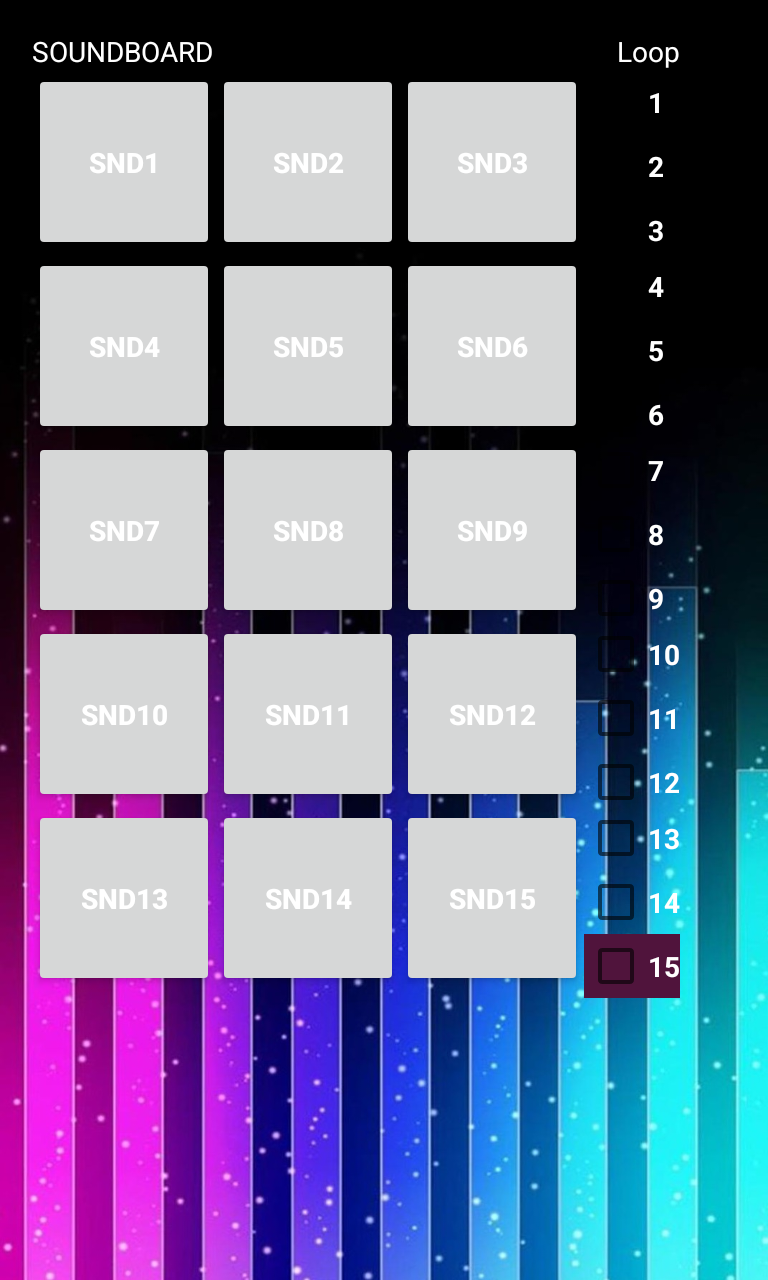
Repository: SoundBoardJAMJ/Project
Layout: workspace/SoundBoard/res/layout/defboard.xml
The author's editor kept a copy of each file at every save. The layout is drawn from the files as they stood at one save, then again after the next save.
It is drawn on a 768 x 1280 px phone screen (xhdpi) without system bars, with theme AppTheme; the app's code is not run.

Above is the layout before, as saved 2014-05-02 07:19:40.

### workspace/SoundBoard/res/layout/defboard.xml
<ScrollView xmlns:android="http://schemas.android.com/apk/res/android"
xmlns:tools="http://schemas.android.com/tools"
android:layout_width="match_parent"
android:background="@drawable/image1"
android:layout_height="match_parent" >

<RelativeLayout
    android:layout_width="match_parent"
    android:layout_height="600dp"
    android:paddingBottom="@dimen/activity_vertical_margin"
    android:paddingLeft="@dimen/activity_horizontal_margin"
    android:paddingRight="@dimen/activity_horizontal_margin"
    android:paddingTop="@dimen/activity_vertical_margin"
    tools:context="com.example.soundtest.DefBoard$PlaceholderFragment" >

    <TextView
        android:id="@+id/textView1"
        android:layout_width="wrap_content"
        android:layout_height="wrap_content"
        android:textColor="@android:color/white"
        android:alpha="1.0"
        android:text="SOUNDBOARD" />

    <Button
        android:id="@+id/button1"
        android:layout_width="92dp"
        android:layout_height="92dp"
        android:layout_alignLeft="@+id/textView1"
        android:layout_below="@+id/textView1"
        android:onClick="ButtonOnClick"
        android:textColor="@android:color/white"
        android:alpha="1.0"
        android:textStyle="bold"
        android:text="snd1" />

    <Button
        android:id="@+id/button3"
        android:layout_width="92dp"
        android:layout_height="92dp"
        android:layout_alignBaseline="@+id/button2"
        android:layout_alignBottom="@+id/button2"
        android:layout_toRightOf="@+id/button2"
        android:onClick="ButtonOnClick"
        android:textColor="@android:color/white"
        android:alpha="1.0"
        android:textStyle="bold"
        android:text="snd3" />

    <Button
        android:id="@+id/button2"
        android:layout_width="92dp"
        android:layout_height="92dp"
        android:layout_alignBaseline="@+id/button1"
        android:layout_alignBottom="@+id/button1"
        android:layout_toRightOf="@+id/button1"
        android:onClick="ButtonOnClick"
        android:textColor="@android:color/white"
        android:alpha="1.0"
        android:textStyle="bold"
        android:text="snd2" />

    <Button
        android:id="@+id/button8"
        android:layout_width="92dp"
        android:layout_height="92dp"
        android:layout_alignBaseline="@+id/button7"
        android:layout_alignBottom="@+id/button7"
        android:layout_toRightOf="@+id/button4"
        android:onClick="ButtonOnClick"
        android:textColor="@android:color/white"
        android:alpha="1.0"
        android:textStyle="bold"
        android:text="snd8" />

    <Button
        android:id="@+id/button7"
        android:layout_width="92dp"
        android:layout_height="92dp"
        android:layout_below="@+id/button4"
        android:layout_toLeftOf="@+id/button8"
        android:onClick="ButtonOnClick"
        android:textColor="@android:color/white"
        android:alpha="1.0"
        android:textStyle="bold"
        android:text="snd7" />

    <Button
        android:id="@+id/button6"
        android:layout_width="92dp"
        android:layout_height="92dp"
        android:layout_alignBaseline="@+id/button5"
        android:layout_alignBottom="@+id/button5"
        android:layout_toRightOf="@+id/button5"
        android:onClick="ButtonOnClick"
        android:textColor="@android:color/white"
        android:alpha="1.0"
        android:textStyle="bold"
        android:text="snd6" />

    <Button
        android:id="@+id/button9"
        android:layout_width="92dp"
        android:layout_height="92dp"
        android:layout_alignBaseline="@+id/button8"
        android:layout_alignBottom="@+id/button8"
        android:layout_alignLeft="@+id/button6"
        android:onClick="ButtonOnClick"
        android:textColor="@android:color/white"
        android:alpha="1.0"
        android:textStyle="bold"
        android:text="snd9" />

    <Button
        android:id="@+id/button5"
        android:layout_width="92dp"
        android:layout_height="92dp"
        android:layout_below="@+id/button1"
        android:layout_toRightOf="@+id/button1"
        android:onClick="ButtonOnClick"
        android:textColor="@android:color/white"
        android:alpha="1.0"
        android:textStyle="bold"
        android:text="snd5" />

    <Button
        android:id="@+id/button10"
        android:layout_width="92dp"
        android:layout_height="92dp"
        android:layout_alignParentLeft="true"
        android:layout_below="@+id/button7"
        android:onClick="ButtonOnClick"
        android:textColor="@android:color/white"
        android:alpha="1.0"
        android:textStyle="bold"
        android:text="snd10" />

    <Button
        android:id="@+id/button11"
        android:layout_width="92dp"
        android:layout_height="92dp"
        android:layout_alignBaseline="@+id/button10"
        android:layout_alignBottom="@+id/button10"
        android:layout_toRightOf="@+id/button10"
        android:onClick="ButtonOnClick"
        android:textColor="@android:color/white"
        android:alpha="1.0"
        android:textStyle="bold"
        android:text="snd11" />

    <Button
        android:id="@+id/button13"
        android:layout_width="92dp"
        android:layout_height="92dp"
        android:layout_alignParentLeft="true"
        android:layout_below="@+id/button10"
        android:onClick="ButtonOnClick"
        android:textColor="@android:color/white"
        android:alpha="1.0"
        android:textStyle="bold"
        android:text="snd13" />

    <Button
        android:id="@+id/button14"
        android:layout_width="92dp"
        android:layout_height="92dp"
        android:layout_below="@+id/button10"
        android:layout_toLeftOf="@+id/button12"
        android:alpha="1.0"
        android:onClick="ButtonOnClick"
        android:text="snd14"
        android:textColor="@android:color/white"
        android:textStyle="bold" />

    <Button
        android:id="@+id/button15"
        android:layout_width="92dp"
        android:layout_height="92dp"
        android:layout_below="@+id/button11"
        android:layout_toRightOf="@+id/button14"
        android:alpha="1.0"
        android:onClick="ButtonOnClick"
        android:text="snd15"
        android:textColor="@android:color/white"
        android:textStyle="bold" />

    <Button
        android:id="@+id/button12"
        android:layout_width="92dp"
        android:layout_height="92dp"
        android:layout_below="@+id/button8"
        android:layout_toRightOf="@+id/button11"
        android:onClick="ButtonOnClick"
        android:textColor="@android:color/white"
        android:alpha="1.0"
        android:textStyle="bold"
        android:text="snd12" />

    <Button
        android:id="@+id/button4"
        android:layout_width="92dp"
        android:layout_height="92dp"
        android:layout_alignBaseline="@+id/button5"
        android:layout_alignBottom="@+id/button5"
        android:layout_toLeftOf="@+id/button5"
        android:onClick="ButtonOnClick"
        android:textColor="@android:color/white"
        android:alpha="1.0"
        android:textStyle="bold"
        android:text="snd4" />

    <CheckBox
        android:id="@+id/checkBox1"
        android:layout_width="wrap_content"
        android:layout_height="wrap_content"
        android:layout_alignTop="@+id/button3"
        android:layout_toRightOf="@+id/button3"
        android:alpha="1.0"
        android:onClick="TogOnClick"
        android:text="1"
        android:textColor="@android:color/white"
        android:textStyle="bold" />

    <CheckBox
        android:id="@+id/checkBox2"
        android:layout_width="wrap_content"
        android:layout_height="wrap_content"
        android:layout_below="@+id/checkBox1"
        android:layout_toRightOf="@+id/button3"
        android:onClick="TogOnClick"
        android:textColor="@android:color/white"
        android:alpha="1.0"
        android:textStyle="bold"
        android:text="2" />

    <CheckBox
        android:id="@+id/checkBox3"
        android:layout_width="wrap_content"
        android:layout_height="wrap_content"
        android:layout_alignLeft="@+id/checkBox2"
        android:layout_below="@+id/checkBox2"
        android:onClick="TogOnClick"
        android:textColor="@android:color/white"
        android:alpha="1.0"
        android:textStyle="bold"
        android:text="3" />

    <CheckBox
        android:id="@+id/checkBox4"
        android:layout_width="wrap_content"
        android:layout_height="wrap_content"
        android:layout_alignTop="@+id/button6"
        android:layout_toRightOf="@+id/button6"
        android:onClick="TogOnClick"
        android:textColor="@android:color/white"
        android:alpha="1.0"
        android:textStyle="bold"
        android:text="4" />

    <CheckBox
        android:id="@+id/checkBox5"
        android:layout_width="wrap_content"
        android:layout_height="wrap_content"
        android:layout_below="@+id/checkBox4"
        android:layout_toRightOf="@+id/button6"
        android:onClick="TogOnClick"
        android:textColor="@android:color/white"
        android:alpha="1.0"
        android:textStyle="bold"
        android:text="5" />

    <CheckBox
        android:id="@+id/checkBox6"
        android:layout_width="wrap_content"
        android:layout_height="wrap_content"
        android:layout_below="@+id/checkBox5"
        android:layout_toRightOf="@+id/button6"
        android:onClick="TogOnClick"
        android:textColor="@android:color/white"
        android:alpha="1.0"
        android:textStyle="bold"
        android:text="6" />

    <CheckBox
        android:id="@+id/checkBox7"
        android:layout_width="wrap_content"
        android:layout_height="wrap_content"
        android:layout_alignTop="@+id/button9"
        android:layout_toRightOf="@+id/button9"
        android:onClick="TogOnClick"
        android:textColor="@android:color/white"
        android:alpha="1.0"
        android:textStyle="bold"
        android:text="7" />

    <CheckBox
        android:id="@+id/checkBox8"
        android:layout_width="wrap_content"
        android:layout_height="wrap_content"
        android:layout_below="@+id/checkBox7"
        android:layout_toRightOf="@+id/button9"
        android:onClick="TogOnClick"
        android:textColor="@android:color/white"
        android:alpha="1.0"
        android:textStyle="bold"
        android:text="8" />

    <CheckBox
        android:id="@+id/checkBox9"
        android:layout_width="wrap_content"
        android:layout_height="wrap_content"
        android:layout_below="@+id/checkBox8"
        android:layout_toRightOf="@+id/button9"
        android:onClick="TogOnClick"
        android:textColor="@android:color/white"
        android:alpha="1.0"
        android:textStyle="bold"
        android:text="9" />

    <CheckBox
        android:id="@+id/checkBox10"
        android:layout_width="wrap_content"
        android:layout_height="wrap_content"
        android:layout_alignTop="@+id/button12"
        android:layout_toRightOf="@+id/button12"
        android:onClick="TogOnClick"
        android:textColor="@android:color/white"
        android:alpha="1.0"
        android:textStyle="bold"
        android:text="10" />

    <CheckBox
        android:id="@+id/checkBox11"
        android:layout_width="wrap_content"
        android:layout_height="wrap_content"
        android:layout_below="@+id/checkBox10"
        android:layout_toRightOf="@+id/button12"
        android:onClick="TogOnClick"
        android:textColor="@android:color/white"
        android:alpha="1.0"
        android:textStyle="bold"
        android:text="11" />

    <CheckBox
        android:id="@+id/checkBox12"
        android:layout_width="wrap_content"
        android:layout_height="wrap_content"
        android:layout_alignLeft="@+id/checkBox11"
        android:layout_below="@+id/checkBox11"
        android:onClick="TogOnClick"
        android:textColor="@android:color/white"
        android:alpha="1.0"
        android:textStyle="bold"
        android:text="12" />

    <CheckBox
        android:id="@+id/checkBox13"
        android:layout_width="wrap_content"
        android:layout_height="wrap_content"
        android:layout_alignTop="@+id/button15"
        android:layout_toRightOf="@+id/button15"
        android:onClick="TogOnClick"
        android:textColor="@android:color/white"
        android:alpha="1.0"
        android:textStyle="bold"
        android:text="13" />

    <CheckBox
        android:id="@+id/checkBox14"
        android:layout_width="wrap_content"
        android:layout_height="wrap_content"
        android:layout_below="@+id/checkBox13"
        android:layout_toRightOf="@+id/button15"
        android:onClick="TogOnClick"
        android:textColor="@android:color/white"
        android:alpha="1.0"
        android:textStyle="bold"
        android:text="14" />

    <CheckBox
        android:id="@+id/checkBox15"
        android:layout_width="wrap_content"
        android:layout_height="wrap_content"
        android:layout_below="@+id/checkBox14"
        android:layout_toRightOf="@+id/button15"
        android:onClick="TogOnClick"
        android:textColor="@android:color/white"
        android:alpha="1.0"
        android:textStyle="bold"
        android:background="#50143C"
        android:text="15" />

    <TextView
        android:id="@+id/textView2"
        android:layout_width="wrap_content"
        android:layout_height="wrap_content"
        android:layout_alignBottom="@+id/textView1"
        android:layout_alignRight="@+id/checkBox10"
        android:textColor="@android:color/white"
        android:alpha="1.0"
        android:text="Loop" />

</RelativeLayout>
</ScrollView>

Loaded but not shown: workspace/SoundBoard/res/values/styles.xml (common file); workspace/SoundBoard/res/values-v11/styles.xml (common file); workspace/SoundBoard/res/values-v14/styles.xml (common file); workspace/SoundBoard/res/values/dimens.xml (common file); workspace/SoundBoard/res/values-w820dp/dimens.xml (common file)

After the next save:
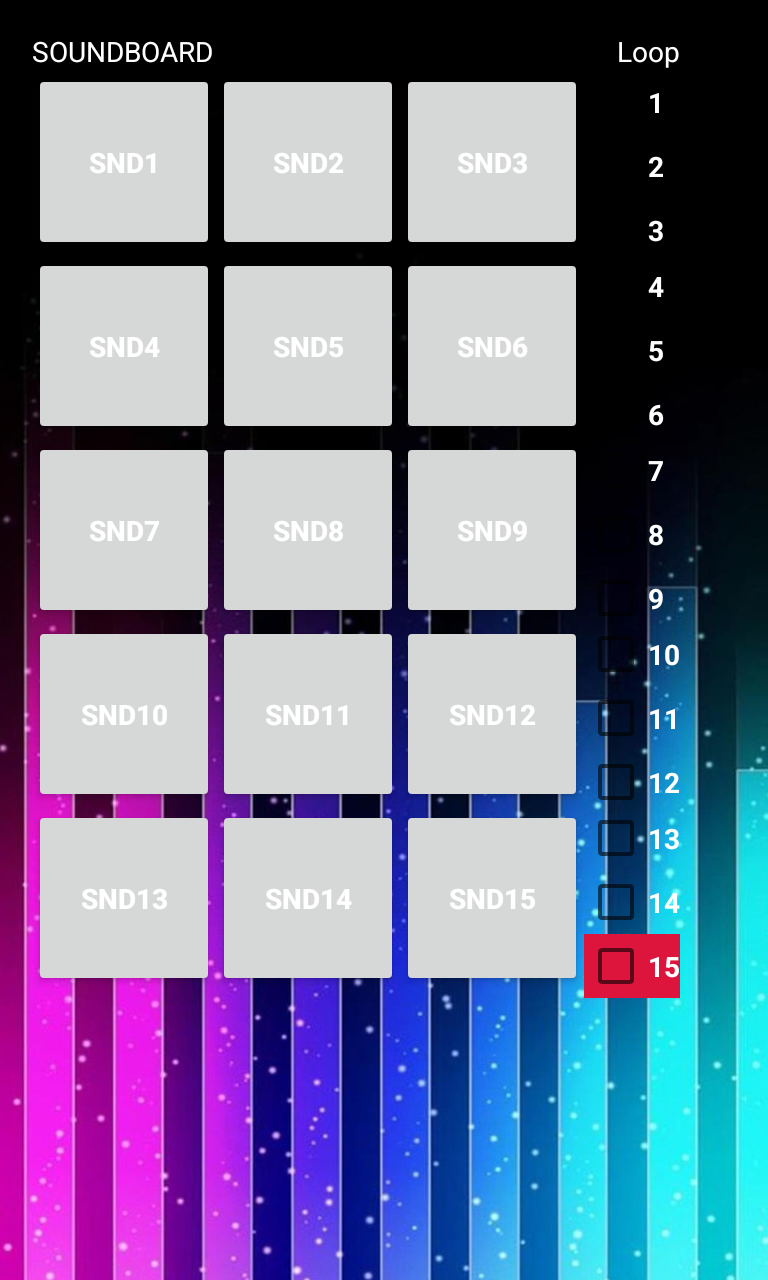
Saved 24 s later.
--- a/workspace/SoundBoard/res/layout/defboard.xml
+++ b/workspace/SoundBoard/res/layout/defboard.xml
@@ -386,7 +386,7 @@ android:layout_height="match_parent" >
         android:textColor="@android:color/white"
         android:alpha="1.0"
         android:textStyle="bold"
-        android:background="#50143C"
+        android:background="#DD143C"
         android:text="15" />
 
     <TextView
